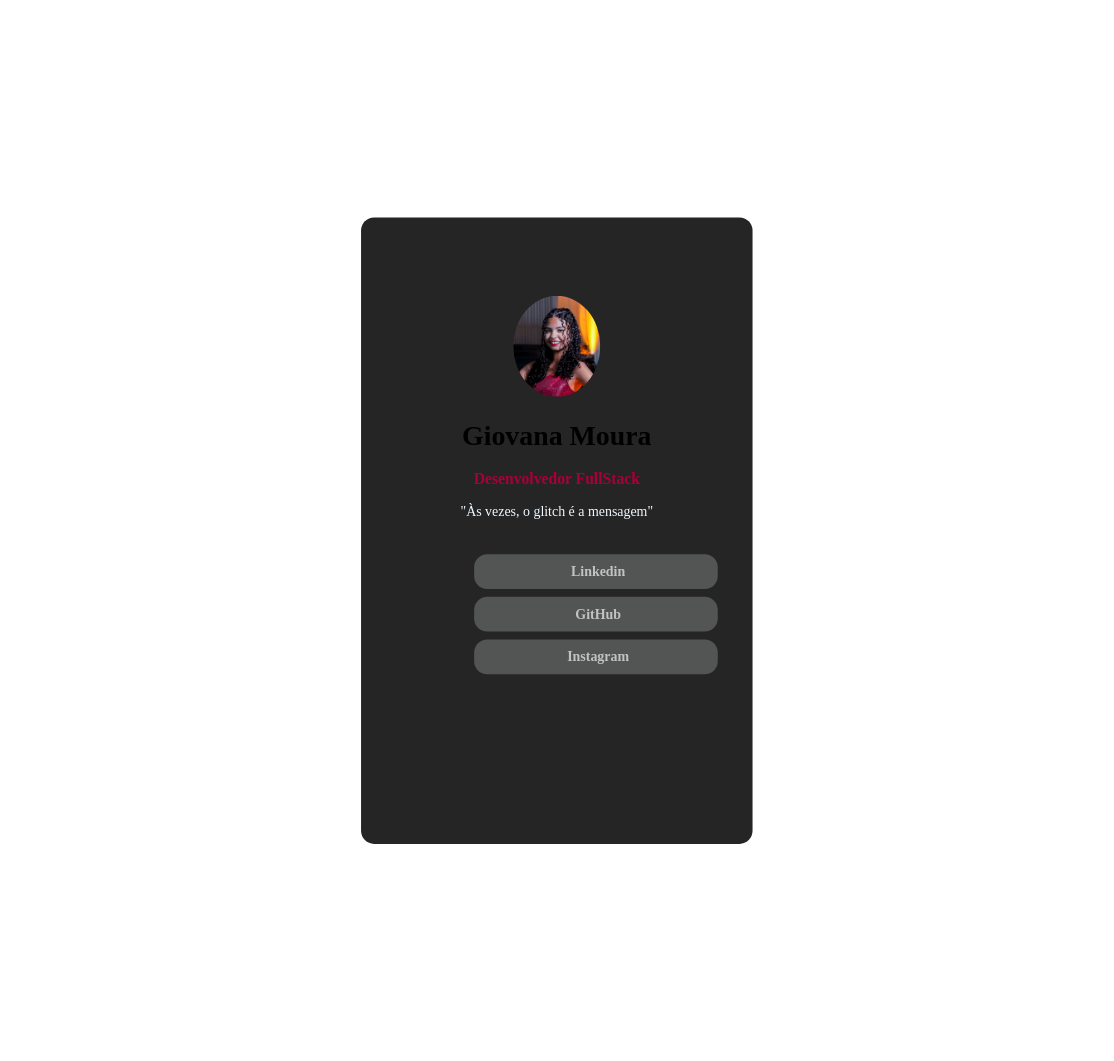
Repository: gimoli/linktree-giovana
Page: index.html
These files come from the project's save history. The page is drawn as it stood at one moment and after the next save; the edit follows.
The browser window is 1280 px wide. The pictures show the whole page, at 87% of full size.
Some icons come from a web library that is not loaded, so they are not drawn.

Above is the page before, as saved 2025-04-11 11:41:55.

### index.html
<!DOCTYPE html>
<html lang="en">
<head>
    <meta charset="UTF-8">
    <meta name="viewport" content="width=device-width, initial-scale=1.0">
    <title>linktree Giovana</title>
    <link rel="stylesheet" href="./css/style.css">
    <link rel="preconnect" href="https://fonts.googleapis.com">
<link rel="preconnect" href="https://fonts.gstatic.com" crossorigin>
<link href="https://fonts.googleapis.com/css2?family=Nunito:ital,wght@0,200..1000;1,200..1000&display=swap" rel="stylesheet">
<link rel="stylesheet" type='text/css' href="https://fontawesome.com/icons/instagram?f=classic&s=brands" />

</head>
<body>
    <div class="container-main">
        <div class="container-imagem">
            <img src="./image-profile.jfif" alt="foto perfil"/>
        </div>
        <div class="container-infos">
            <h1>Giovana Moura</h1>
            <h3>Desenvolvedor FullStack</h3>
        </div>
        <div class="container-easter-egg">
            <p>"Às vezes, o glitch é a mensagem"</p>
        </div>
        <div class="container-social">
            <ul>
                <a href="https://www.linkedin.com/in/giovana-moura-3543032bb/" target="_blank" class="botao-linktree-1">
                     <li>

                        <i class="fa-brands fa-linkedin"></i>

                         <p>Linkedin</p>
                    </li>
                </a>

                <a href="https://github.com/gimoli" target="_blank" class="botao-linktree-2">
                     <li>
                        <i class="fa-brands fa-github"></i>
                        <p>GitHub</p>
                    </li>
                </a>
                <a href="https://www.instagram.com/gimoli_n?igsh=cTNvNDJ0M3owb3Vs&utm_source=qr" target="_blank" class="botao-linktree-3">
                     <li>
                        <i class="fa-brands fa-instagram"></i>
                        <p>Instagram</p>
                    </li>
                </a>
            </ul>
        </div>
    </div>
</body>
</html>

### CSS/style.css
@import url("./effects.css")

*{
    font-family: "Nunito", sans-serif;
    margin: 0;
    padding: 0;
    box-sizing: border-box;
}

body {
    background:linear-gradient(55deg,#a80038 #833AB4)
    animation: gradientShift 10s ease infinite;
    background-size: 400%;
}


.container-main {
    background-color: rgb(37, 37, 37);
    width: 450px;
    height: 720px;
    box-sizing: border-box;
    margin: 250px auto;
    padding: 90px;
    border-radius: 15px;
    text-align: center;
}

.container-imagem img{
    margin: 0 60px;
    width: 100px;
    border-radius: 100%;
}

.container-infos {
    margin-top: 15px;
    margin-bottom: 10px;
}

.container-infos h1 {
    font-weight: 800;
}

.container-infos h3{
  color: #a80038;
    font-weight: 600;
    font-size: 18px;
}

.container-easter-egg {
    margin-bottom: 15px;
    color: aliceblue;
}

.container-social ul{
    list-style-type: none;
}

.container-social a{
    text-decoration: none;
    color: rgb(194, 194, 194);
}

.container-social{
  margin-top: 40px;
}

.container-social li {
  display: flex;
  justify-content: center;
  gap: 5px;
  align-items: center;
  width: 280px;
  height: 40px;
  background-color: rgb(83, 85, 85);
  margin: 9px 0;
  border-radius: 15px;
  font-weight: 700;
  transition-duration: 0.6s;

  &:hover{
    background-color: #a80038;
    transform: scale(1.1);
  }
}

### CSS/effects.css
@keyframes gradientShift {
    0% {background-position: 0% 50%;}
    50% {background-position: 100% 50%;}
    100% {background-position: 0% 50%;}

}

After the next save:
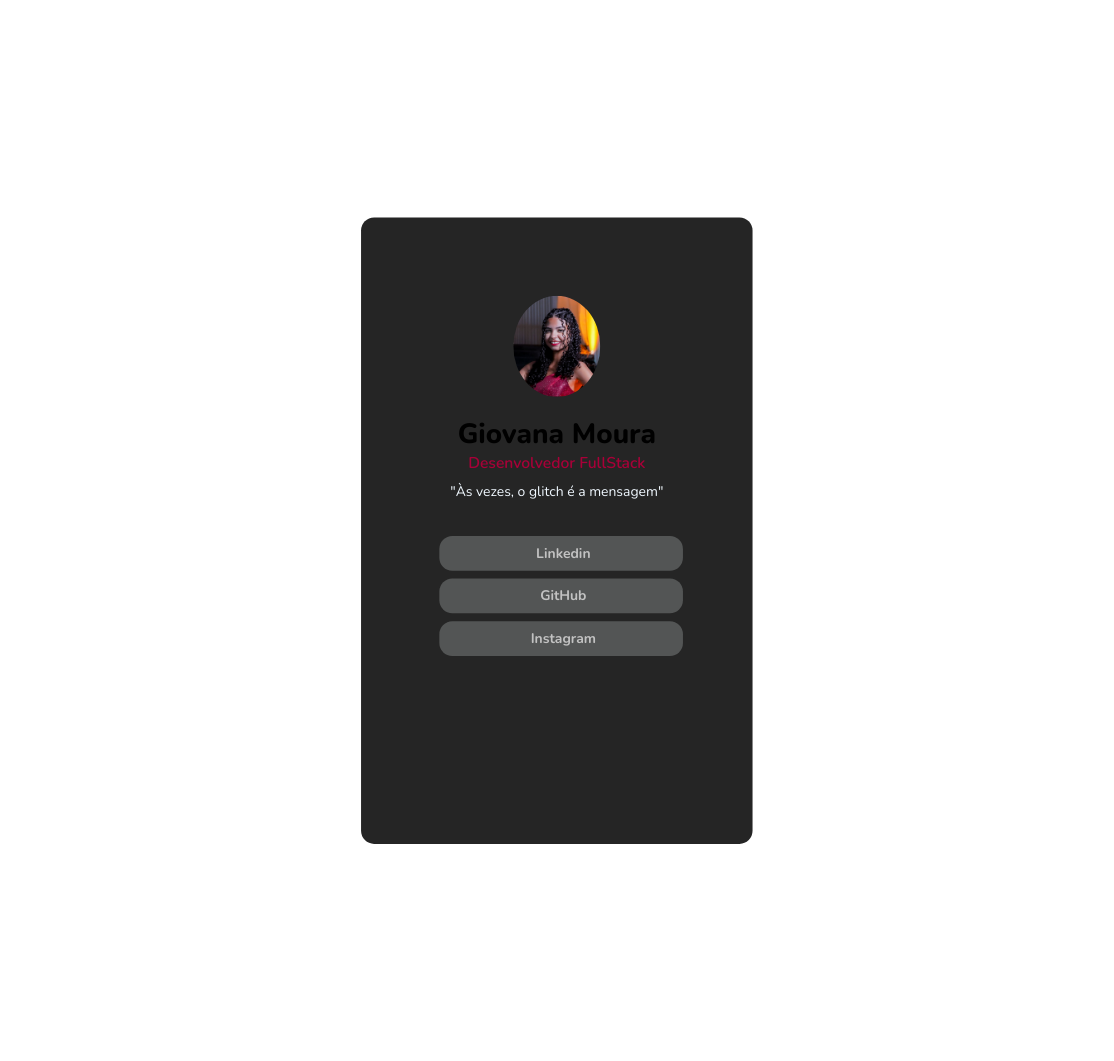
Saved 22 s later.
--- a/CSS/style.css
+++ b/CSS/style.css
@@ -1,4 +1,4 @@
-@import url("./effects.css")
+@import url("./effects.css");
 
 *{
     font-family: "Nunito", sans-serif;
